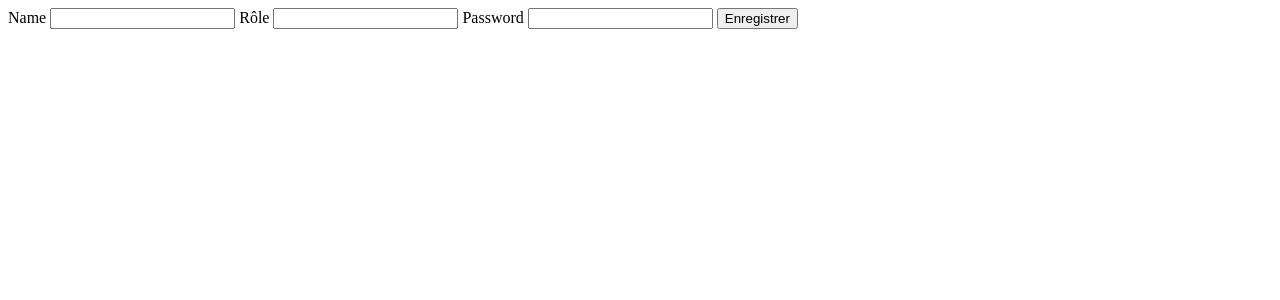
Repository: ahamie71/chat
Page: http://localhost/crud/ajoutercrud.php
An editor plug-in stored every save of this project. The page is shown before and after a run of saves, followed by the edit.
The browser window is 1280 px wide. The pictures show the whole page.
The page is run by PHP 8.4 with error messages shown; the project is at /var/www/html/.

Above is the page before, as saved 2023-01-13 10:51:10.

### crud/ajoutercrud.php
<?php
if (isset($_POST['submit'])) {

    if (isset($_POST['name']) && isset($_POST['password']) && isset($_POST['role'])) {
        $name = $_POST['name'];
        $password = $_POST['password'];
        $role = $_POST['role'];


        $db = new PDO('mysql:host=localhost;dbname=train;charset=utf8', 'root', 'root');
            $req = $db->prepare("INSERT INTO user (name,password,role) VALUES (:name,:password,:role)");
            $req->execute(
                array(
                    ':name' => $name,
                    ':password' => $password,
                    ':role' => $role
                )
            );



    }
}
?>
<!DOCTYPE html>
<html lang="en">
<head>
    <meta charset="UTF-8">
    <meta http-equiv="X-UA-Compatible" content="IE=edge">
    <meta name="viewport" content="width=device-width, initial-scale=1.0">
    <title>Document</title>
</head>
<body>

<form method="post">
    <label for="name">Name</label>
    <input type="text" name="name" id="name">
    <label for="role">Rôle</label>
    <input type="text" name="role" id="role">
    <label for="password">Password</label>
    <input type="password" name="password" id="password">
    <button name= "submit">Enregistrer</button>
</form>

</body>
</html>

After the next 6 saves:
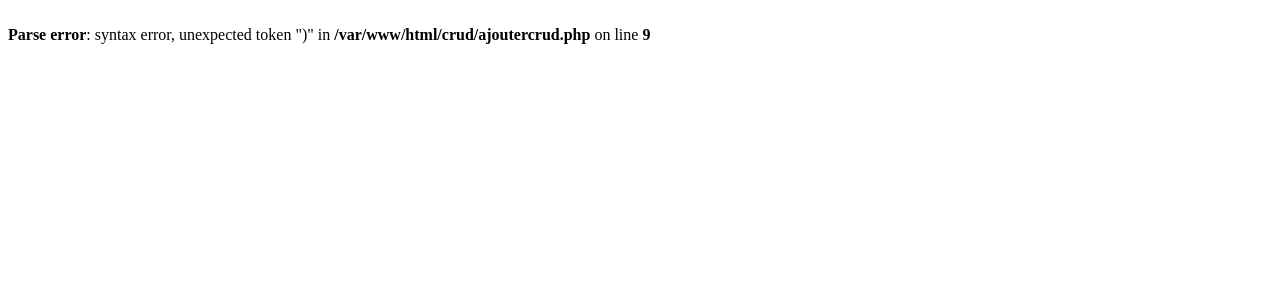
The 6 saves are shown as one change because they came seconds apart.
The last was saved 27 s later.
--- a/crud/ajoutercrud.php
+++ b/crud/ajoutercrud.php
@@ -6,7 +6,7 @@ if (isset($_POST['submit'])) {
         $password = $_POST['password'];
         $role = $_POST['role'];
 
-
+        if()
         $db = new PDO('mysql:host=localhost;dbname=train;charset=utf8', 'root', 'root');
             $req = $db->prepare("INSERT INTO user (name,password,role) VALUES (:name,:password,:role)");
             $req->execute(
@@ -17,7 +17,7 @@ if (isset($_POST['submit'])) {
                 )
             );
 
-
+        }
 
     }
 }
